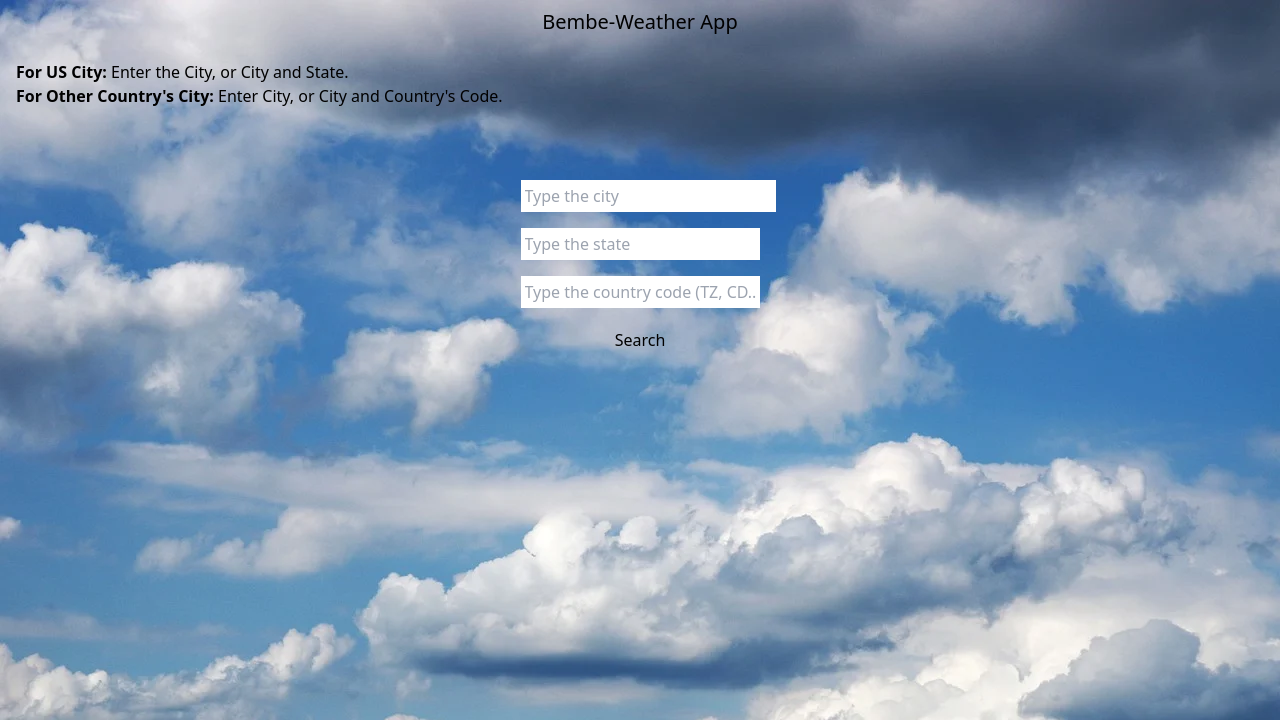
Repository: ShindanoSingi/bembe-weather
Page: /
The author's editor kept a copy of each file at every save. The page is drawn from the files as they stood at one save, then again after the next save.
The browser window is 1280 px wide. The pictures show the whole page.
The page's requests for data from a server got no answer. The project was rebuilt for these pictures with package versions that can differ from the ones it lists, and the page was loaded fresh each time. No one was signed in, and anything a server would have sent is missing.

Above is the page before, as saved 2022-09-14 03:17:18.

After the next save:
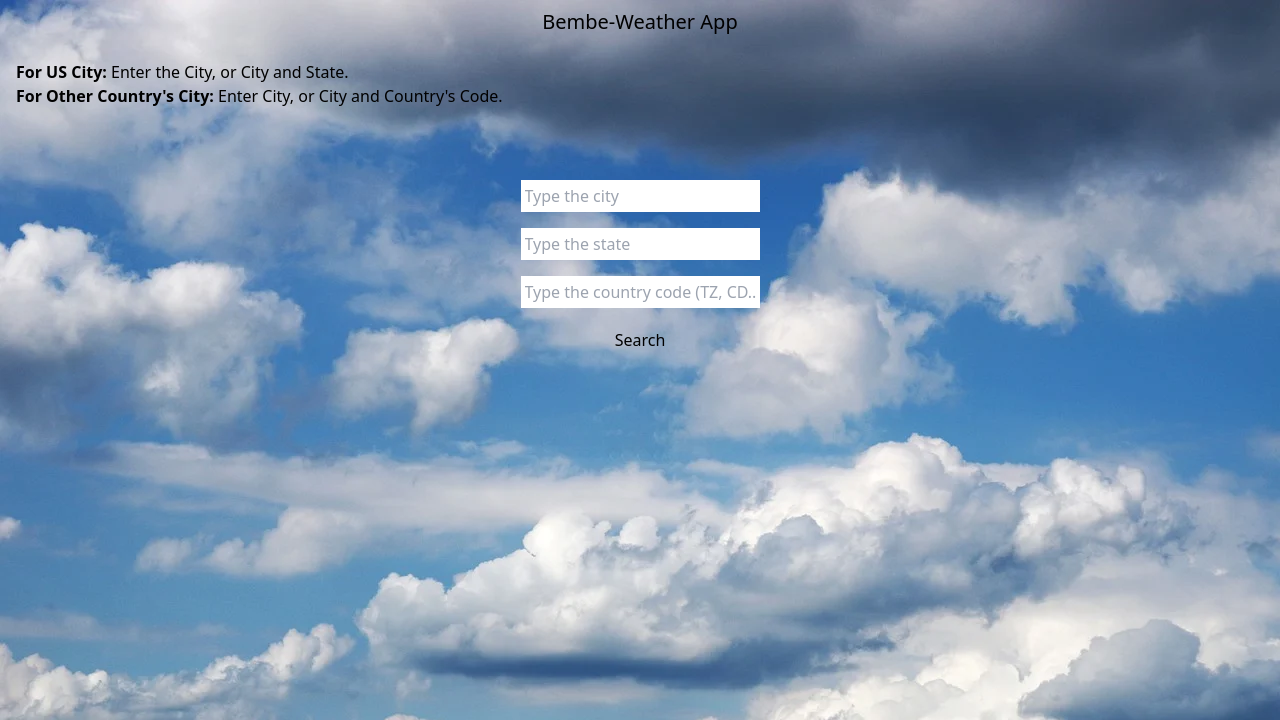
Saved 9 s later.
--- a/src/components/SearchForm.js
+++ b/src/components/SearchForm.js
@@ -15,7 +15,7 @@
         <div className="flex flex-col items-center gap-4 form-container">
           <div className="flex flex-col gap-4">
           <input
-          className="w-full p-1 mx-2 cityInput"
+          className="p-1 mx-2 cityInput"
           placeholder="Type the city"
           type="text"
           name="SearchString"
